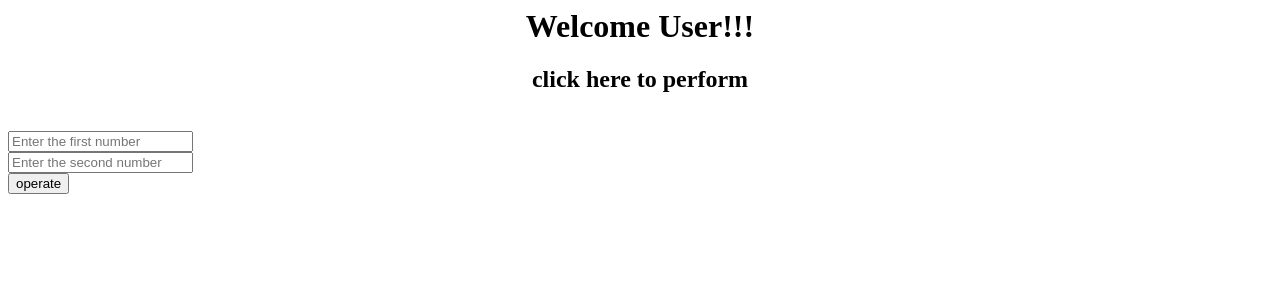
Repository: Rahul1488/servlets
Page: http://localhost/jspproject/
These files come from the project's save history. The page is drawn as it stood at one moment and after the next save; the edit follows.
The browser window is 1280 px wide. The pictures show the whole page.
The page is served by Tomcat 9.

Above is the page before, as saved 2021-12-31 04:08:06.

### jspproject/src/main/webapp/index.jsp
<html>
<body>

 <h1 align="center">Welcome User!!!</h1>
<form action="./number.jsp"><h2 align="center">click here to perform</h2>
<br>
<input type="text" placeholder="Enter the first number" name="number1" >
<br>
<input type="text" placeholder="Enter the second number" name="number2">
<br>
<input type="submit" value="operate">
</form>
</body>
</html>

After the next save:
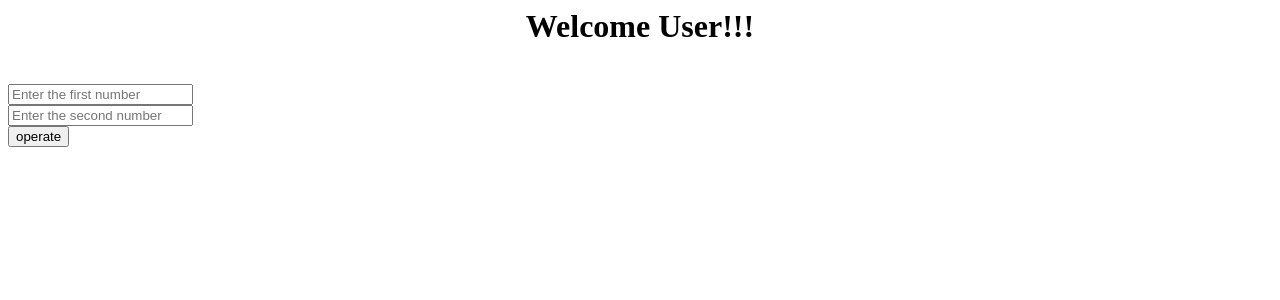
Saved 24 s later.
--- a/jspproject/src/main/webapp/index.jsp
+++ b/jspproject/src/main/webapp/index.jsp
@@ -2,7 +2,7 @@
 <body>
 
  <h1 align="center">Welcome User!!!</h1>
-<form action="./number.jsp"><h2 align="center">click here to perform</h2>
+<form action="./number.jsp">
 <br>
 <input type="text" placeholder="Enter the first number" name="number1" >
 <br>
